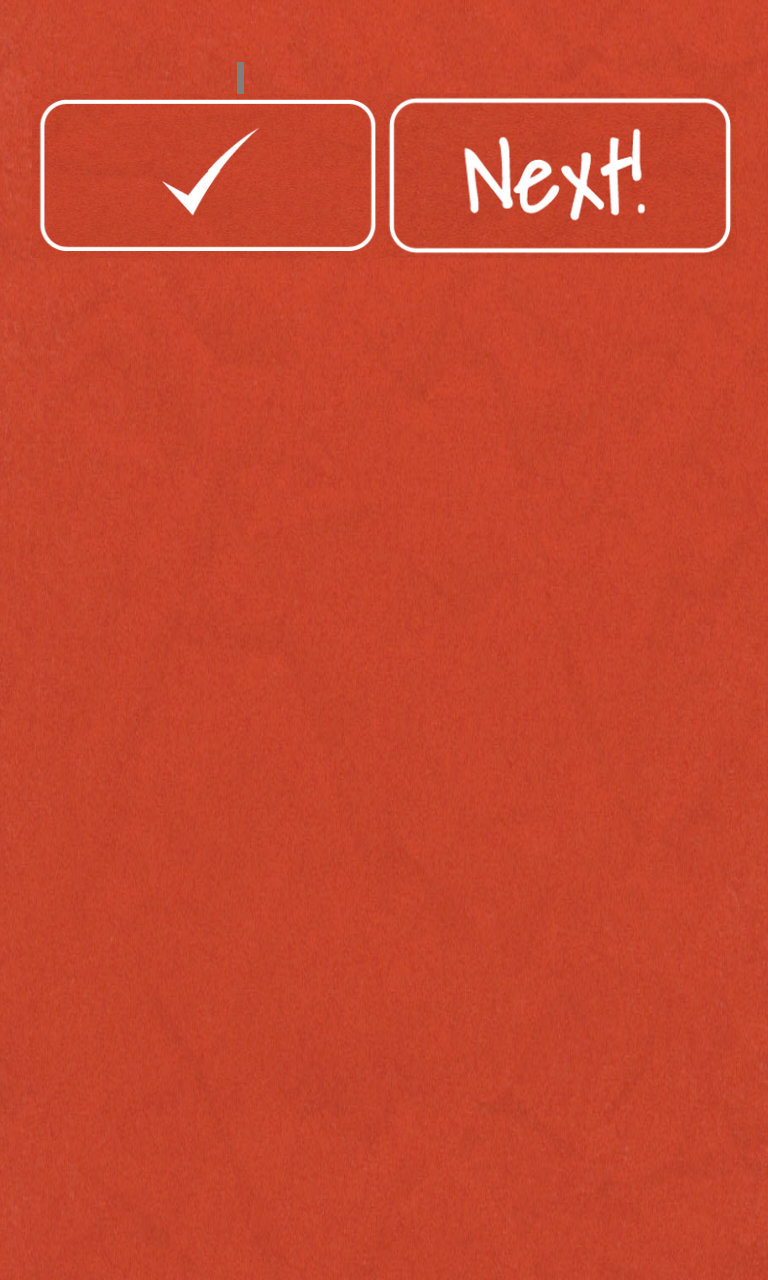
Repository: imhossu/FeedJulia
Layout: FeedJulia/res/layout/activity_place.xml
The author's editor kept a copy of each file at every save. The layout is drawn from the files as they stood at one save, then again after a run of saves.
Pictures or frames that could not be fetched are drawn as grey boxes. It is drawn on a 768 x 1280 px phone screen (xhdpi) without system bars, with theme android:Theme.NoTitleBar; the app's code is not run.

Above is the layout before, as saved 2014-01-26 05:55:47.

### FeedJulia/res/layout/activity_place.xml
<RelativeLayout xmlns:android="http://schemas.android.com/apk/res/android"
    xmlns:tools="http://schemas.android.com/tools"
    android:layout_width="match_parent"
    android:layout_height="fill_parent"
    android:background="@drawable/red"
    android:paddingBottom="@dimen/activity_vertical_margin"
    android:paddingLeft="@dimen/activity_horizontal_margin"
    android:paddingRight="@dimen/activity_horizontal_margin"
    android:paddingTop="@dimen/activity_vertical_margin" >

    tools:context=".Place" >

	<LinearLayout
        android:layout_width="wrap_content"
        android:layout_height="wrap_content"
        android:layout_alignParentLeft="true"
        android:layout_below="@+id/image"
        android:layout_marginTop="15dp"
        android:weightSum="100" >

    	<TextView
        	android:id="@+id/title"
        	android:layout_width="wrap_content"
        	android:layout_height="wrap_content"
        	android:layout_marginTop="16dp"
        	android:text="Large Text"
        	android:textAppearance="?android:attr/textAppearanceLarge"
        	android:textColor="#ffffff"/>

    	<fragment
  			android:id="@+id/map"
  			android:name="com.google.android.gms.maps.MapFragment"
  			android:layout_width="match_parent"
  			android:layout_height="match_parent" />
	</LinearLayout>

    <LinearLayout
        android:layout_width="wrap_content"
        android:layout_height="wrap_content"
        android:layout_alignParentLeft="true"
        android:layout_below="@+id/image"
        android:layout_marginTop="15dp"
        android:weightSum="100" >

        <ImageView
            android:id="@+id/acceptResult"
            android:src="@drawable/accept"
            android:layout_width="0dp"
        	android:layout_height="wrap_content"
        	android:layout_weight="50"/>

        <ImageView
            android:id="@+id/nextResult"
            android:layout_width="0dp"
        	android:layout_height="wrap_content"
        	android:layout_weight="50"
            android:src="@drawable/next" />

    </LinearLayout>

</RelativeLayout>

Loaded but not shown: FeedJulia/res/values/dimens.xml (common file)

After the next 2 saves:
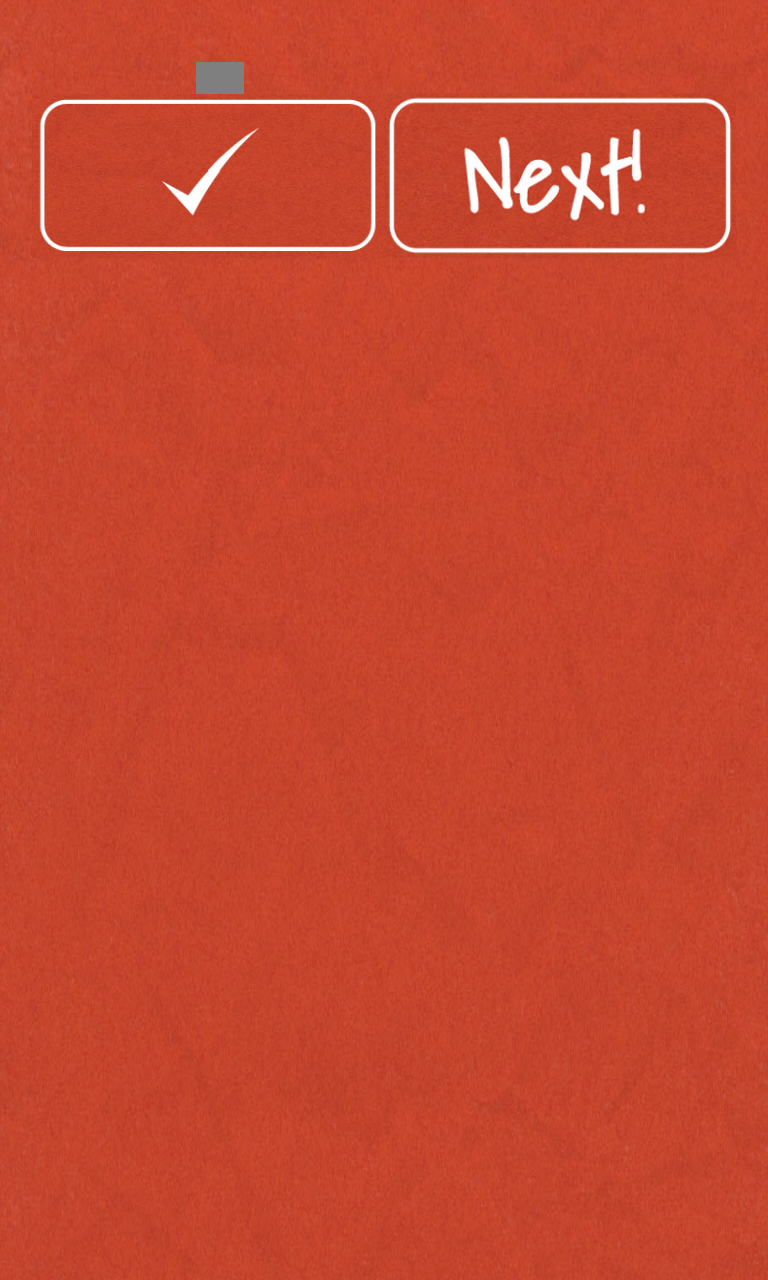
The 2 saves are shown as one change because they came seconds apart.
The last was saved 34 s later.
--- a/FeedJulia/res/layout/activity_place.xml
+++ b/FeedJulia/res/layout/activity_place.xml
@@ -25,13 +25,15 @@
         	android:layout_marginTop="16dp"
         	android:text="Large Text"
         	android:textAppearance="?android:attr/textAppearanceLarge"
-        	android:textColor="#ffffff"/>
+        	android:textColor="#ffffff"
+        	android:layout_weight="20"/>
 
     	<fragment
   			android:id="@+id/map"
   			android:name="com.google.android.gms.maps.MapFragment"
   			android:layout_width="match_parent"
-  			android:layout_height="match_parent" />
+  			android:layout_height="match_parent"
+  			android:layout_weight="80" />
 	</LinearLayout>
 
     <LinearLayout
